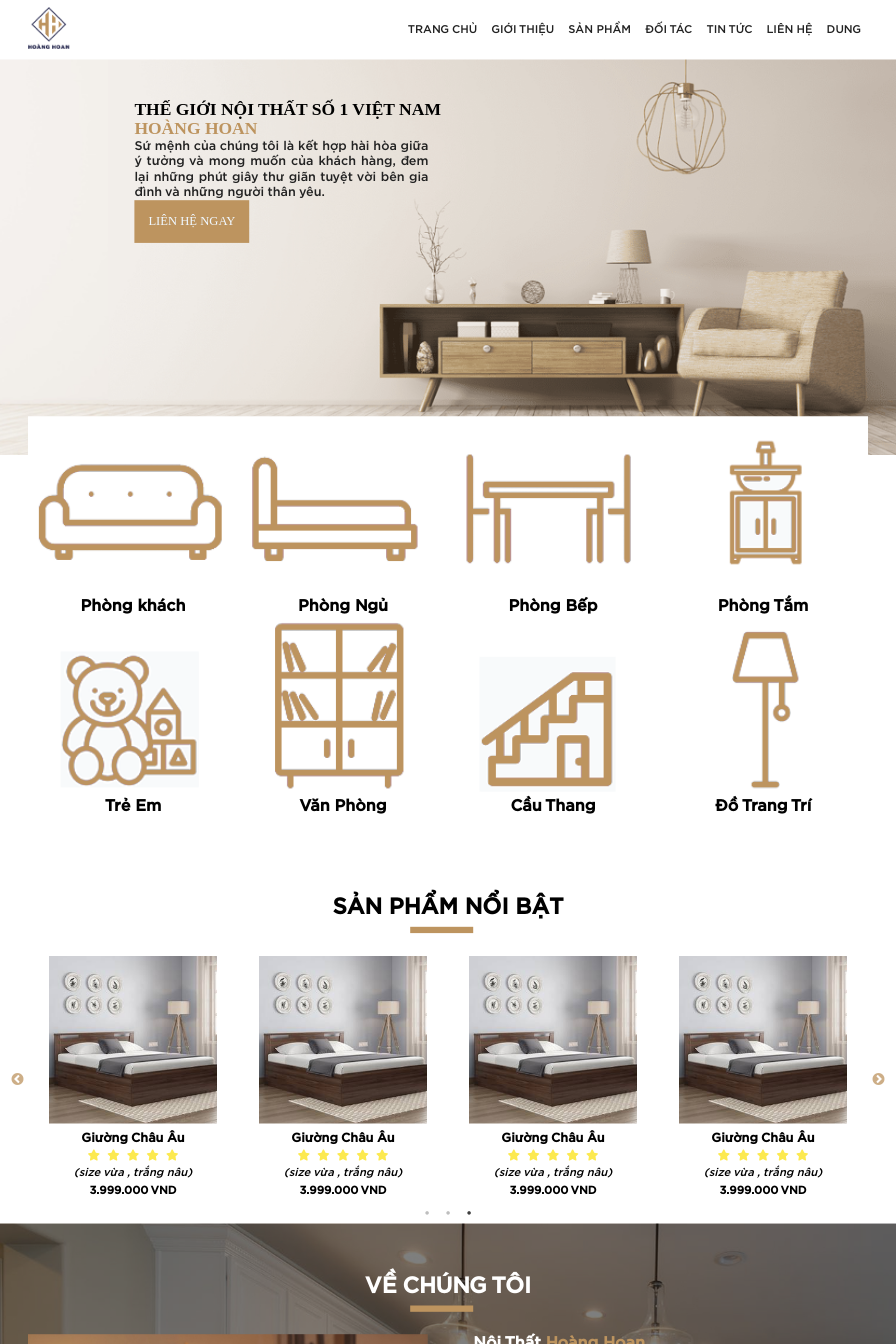
Repository: LDDUNG2003/prj_2
Page: /
An editor plug-in stored every save of this project. The page is shown before and after a run of saves, followed by the edit.
The browser window is 1280 px wide. The pictures show the part of the page from y = 0 to 1920 px (the page is 3929 px tall), at 70% of full size.
The project was rebuilt for these pictures with package versions that can differ from the ones it lists, and the page was loaded fresh each time. Also part of the build but not shown: src/pages/news/newsListItem/index.js, src/pages/news/index.js, src/styles/css/contact.css, src/pages/contact/index.js, src/pages/notfoud/index.js, src/pages/login/index.js.

Above is the page before, as saved 2023-09-22 11:24:18.

After the next 3 saves:
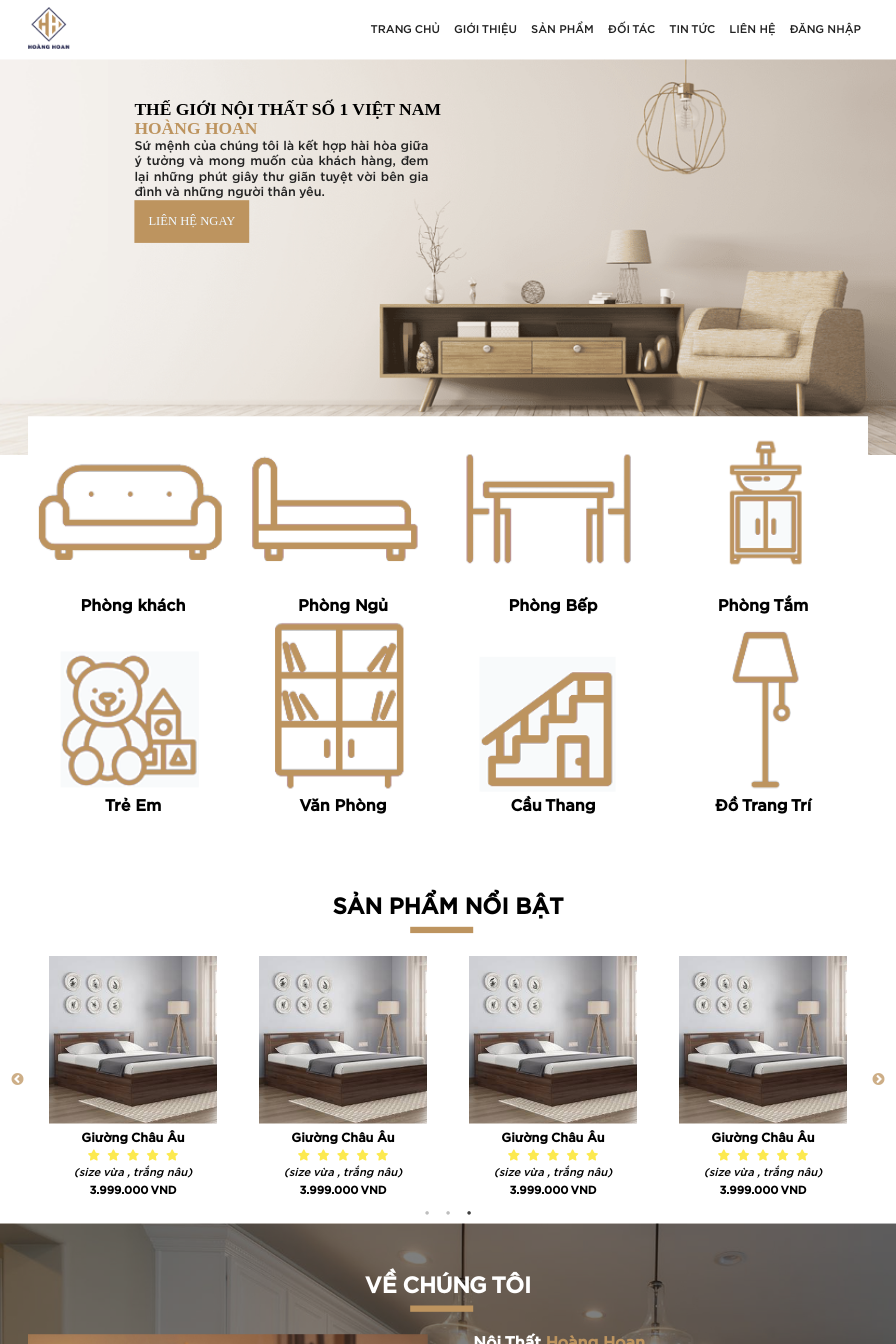
The 3 saves are shown as one change because they came seconds apart.
The last was saved 22 s later.
--- a/src/layouts/header/loginHeader/index.js
+++ b/src/layouts/header/loginHeader/index.js
@@ -1,8 +1,8 @@
 import { Link } from "react-router-dom"
 
 function Login() {
-    var LoginCheck = true
-    let nameAccount = "Dung"
+    var LoginCheck = false;
+    let nameAccount = "Dung";
     if(LoginCheck){
         return (
             <li onClick={clickLink} className="navBar__list-item">
